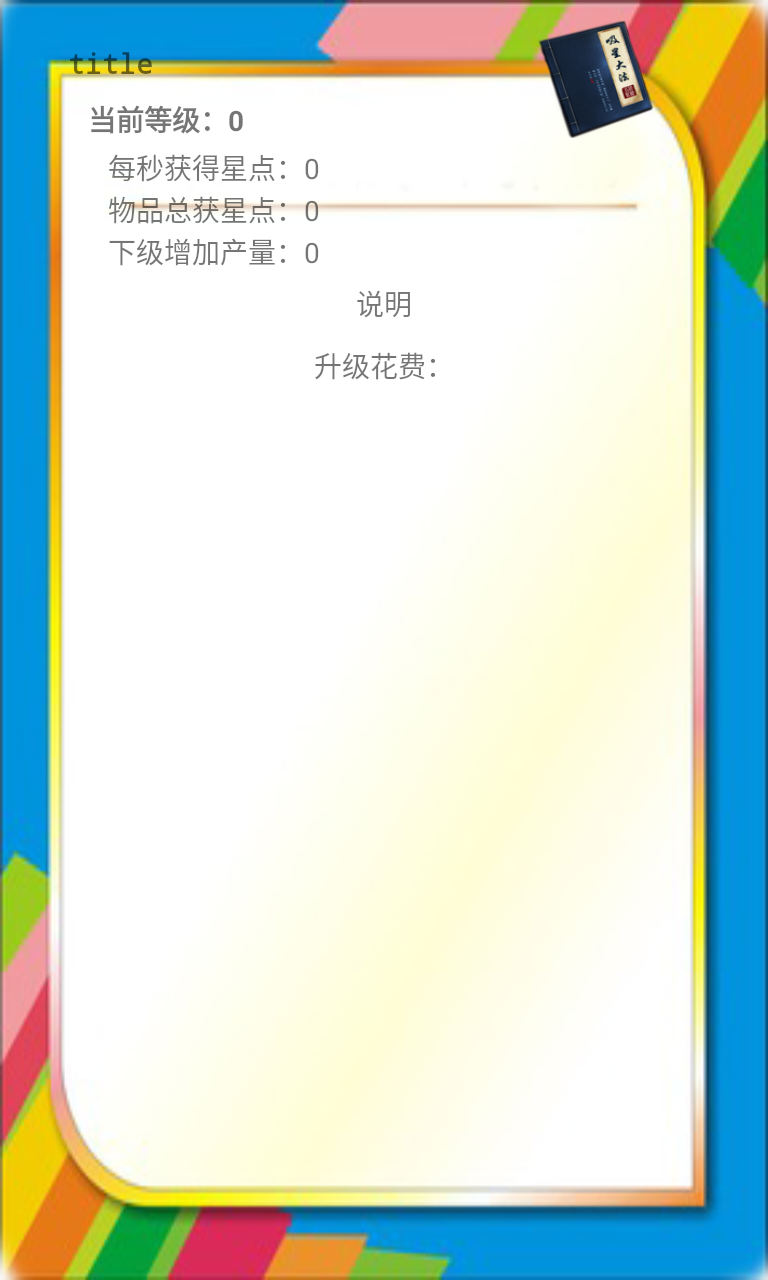
Repository: xianyun2014/StarPoint
Layout: game/res/layout/build_info_view.xml
An editor plug-in stored every save of this project. The layout is shown before and after the next save, followed by the edit.
Pictures or frames that could not be fetched are drawn as grey boxes. It is drawn on a 768 x 1280 px phone screen (xhdpi) without system bars, with theme AppTheme; the app's code is not run.

Above is the layout before, as saved 2014-11-17 17:14:34.

### game/res/layout/build_info_view.xml
<RelativeLayout xmlns:android="http://schemas.android.com/apk/res/android"
    xmlns:android1="http://schemas.android.com/apk/res/android"
    android1:id="@+id/build_info"
    android1:layout_width="wrap_content"
    android1:layout_height="wrap_content"
    android1:layout_alignParentLeft="true"
    android1:layout_alignParentTop="true"
    android1:layout_alignParentBottom="true"
    android1:layout_alignParentRight="true"
    android1:layout_marginTop="60dp"
    android1:layout_marginRight="10dp"
    android1:layout_marginLeft="10dp"
    android1:layout_marginBottom="150dp">

    <ImageView
        android1:id="@+id/imageView1"
        android1:layout_width="fill_parent"
        android1:layout_height="fill_parent"
        android1:layout_alignParentBottom="true"
        android1:layout_alignParentLeft="true"
        android1:layout_alignParentTop="true"
        android1:scaleType="fitXY"
        android1:src="@drawable/info_build" />

    <TextView
        android1:id="@+id/build_title"
        android1:layout_width="wrap_content"
        android1:layout_height="wrap_content"
        android1:layout_alignParentLeft="true"
        android1:layout_alignParentTop="true"
        android1:layout_below="@layout/build_info_view"
        android1:layout_marginLeft="34dp"
        android1:layout_marginTop="22dp"
        android1:text="title"
        android1:textStyle="bold"
        android1:typeface="monospace" />

    <TableLayout
        android1:id="@+id/TableLayout1"
        android1:layout_width="wrap_content"
        android1:layout_height="wrap_content"
        android1:layout_alignLeft="@+id/build_title"
        android1:layout_below="@+id/textcurlevel"
        android1:layout_marginLeft="20dp"
        android1:layout_marginTop="3dp" >

        <TableRow
            android1:id="@+id/tableRow1"
            android1:layout_width="wrap_content"
            android1:layout_height="wrap_content" >

            <TextView
                android1:id="@+id/textView1"
                android1:layout_width="wrap_content"
                android1:layout_height="wrap_content"
                android1:text="每秒获得星点：" />

            <TextView
                android1:id="@+id/txt_yield_sec"
                android1:layout_width="wrap_content"
                android1:layout_height="wrap_content"
                android1:text="0" />

        </TableRow>

        <TableRow
            android1:id="@+id/tableRow2"
            android1:layout_width="wrap_content"
            android1:layout_height="wrap_content" >

            <TextView
                android1:id="@+id/textView3"
                android1:layout_width="wrap_content"
                android1:layout_height="wrap_content"
                android1:text="物品总获星点：" />

            <TextView
                android1:id="@+id/txt_yield_total"
                android1:layout_width="wrap_content"
                android1:layout_height="wrap_content"
                android1:text="0" />

        </TableRow>

        <TableRow
            android1:id="@+id/tableRow3"
            android1:layout_width="wrap_content"
            android1:layout_height="wrap_content" >

            <TextView
                android1:id="@+id/textView5"
                android1:layout_width="wrap_content"
                android1:layout_height="wrap_content"
                android1:text="下级增加产量：" />

            <TextView
                android1:id="@+id/txt_next_add"
                android1:layout_width="wrap_content"
                android1:layout_height="wrap_content"
                android1:text="0" />
        </TableRow>
    </TableLayout>

    <TextView
        android1:id="@+id/textcurlevel"
        android1:layout_width="wrap_content"
        android1:layout_height="wrap_content"
        android1:layout_alignLeft="@id/build_title"
        android1:layout_below="@+id/build_title"
        android1:layout_marginLeft="10dp"
        android1:layout_marginTop="8dp"
        android1:text="当前等级："
        android1:textStyle="bold" />

    <TextView
        android1:id="@+id/txt_Level"
        android1:layout_width="wrap_content"
        android1:layout_height="wrap_content"
        android1:layout_alignBaseline="@+id/textcurlevel"
        android1:layout_alignBottom="@+id/textcurlevel"
        android1:layout_toRightOf="@+id/textcurlevel"
        android1:text="0"
        android1:textStyle="bold" />

    <TextView
        android1:id="@+id/txt_info"
        android1:layout_width="wrap_content"
        android1:layout_height="wrap_content"
        android1:layout_below="@+id/TableLayout1"
        android1:layout_centerHorizontal="true"
        android1:layout_marginTop="5dp"
        android1:text="说明" />

    <ImageView
        android1:id="@+id/imageView2"
        android1:layout_width="60dp"
        android1:layout_height="60dp"
        android1:layout_alignRight="@+id/imageView1"
        android1:layout_alignTop="@+id/imageView1"
        android1:layout_marginRight="56dp"
        android1:layout_marginTop="9dp"
        android1:scaleType="fitXY"
        android1:src="@drawable/jz_xzdf" />

    <TextView
        android1:id="@+id/txt_cost"
        android1:layout_width="wrap_content"
        android1:layout_height="wrap_content"
        android1:layout_below="@+id/txt_info"
        android1:layout_centerHorizontal="true"
        android1:layout_marginTop="10dp"
        android1:text="升级花费：" />

</RelativeLayout>

Loaded but not shown: game/res/values/styles.xml (common file); game/res/values-v11/styles.xml (common file); game/res/values-v14/styles.xml (common file)

After the next save:
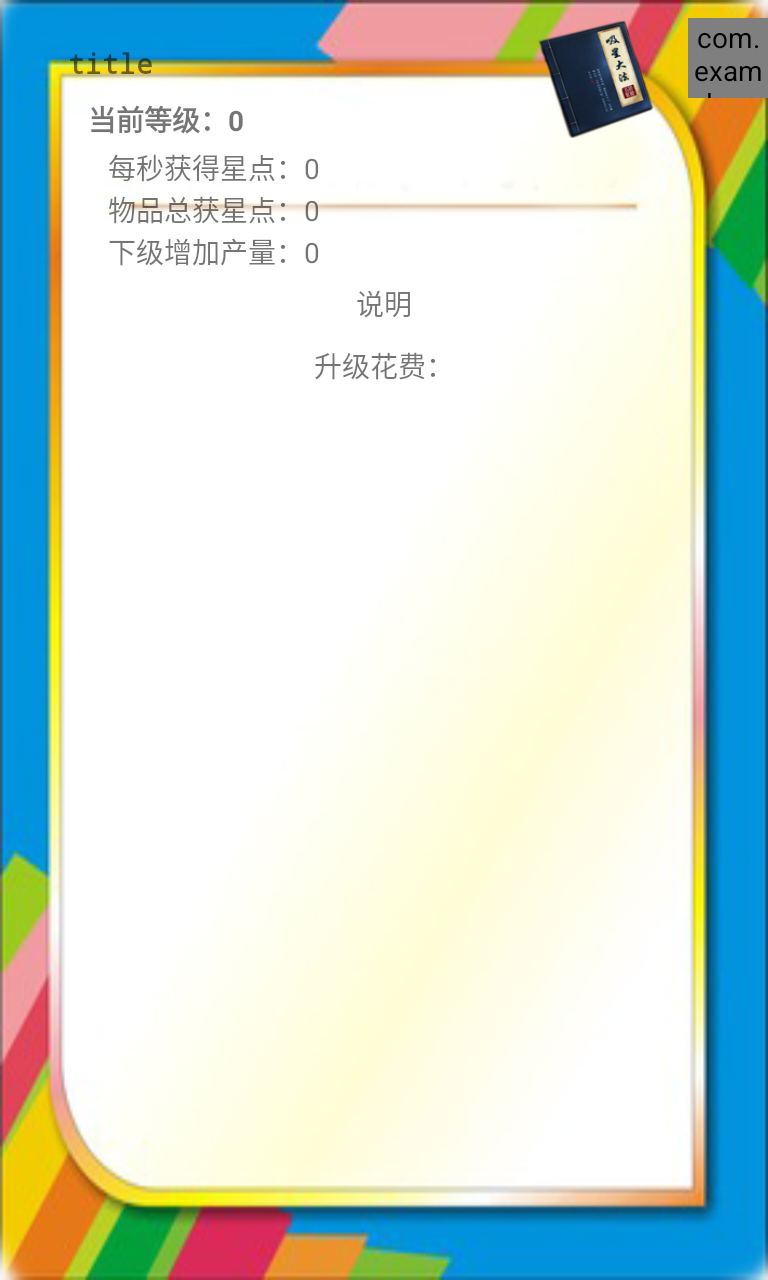
Saved 67 s later.
--- a/game/res/layout/build_info_view.xml
+++ b/game/res/layout/build_info_view.xml
@@ -3,14 +3,14 @@
     android1:id="@+id/build_info"
     android1:layout_width="wrap_content"
     android1:layout_height="wrap_content"
+    android1:layout_alignParentBottom="true"
     android1:layout_alignParentLeft="true"
+    android1:layout_alignParentRight="true"
     android1:layout_alignParentTop="true"
-    android1:layout_alignParentBottom="true"
-    android1:layout_alignParentRight="true"
-    android1:layout_marginTop="60dp"
+    android1:layout_marginBottom="150dp"
+    android1:layout_marginLeft="10dp"
     android1:layout_marginRight="10dp"
-    android1:layout_marginLeft="10dp"
-    android1:layout_marginBottom="150dp">
+    android1:layout_marginTop="60dp" >
 
     <ImageView
         android1:id="@+id/imageView1"
@@ -151,4 +151,13 @@
         android1:layout_marginTop="10dp"
         android1:text="升级花费：" />
 
+    <com.example.game.BuildButtonView
+        android1:id="@+id/buildButtonView1"
+        android1:layout_width="40dp"
+        android1:layout_height="40dp"
+        android1:layout_alignParentRight="true"
+        android1:layout_alignTop="@+id/imageView2"
+        android1:scaleType="fitXY"
+        android1:src="@drawable/close" />
+
 </RelativeLayout>
